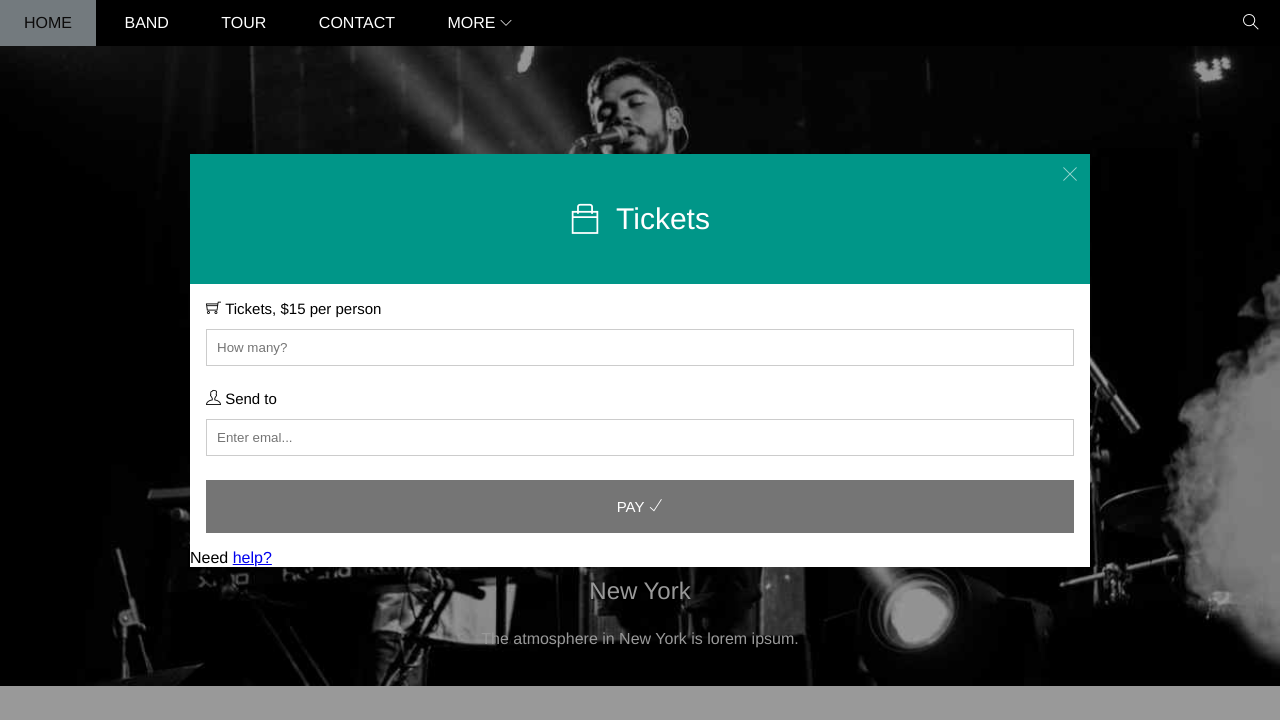
Repository: anhviet-key/hello-cac-ban
Page: HTMS_CSS ZERO 0/index.html
These files come from the project's save history. The page is drawn as it stood at one moment and after a run of saves; the edit follows.
The browser window is 1280 px wide. The pictures show the window.
The pointer rests on the first visible `#buy-tickets`.
A layer covers the whole window, so only the first screen is drawn.

Above is the page before, as saved 2021-10-07 22:37:05.

After the next 3 saves:
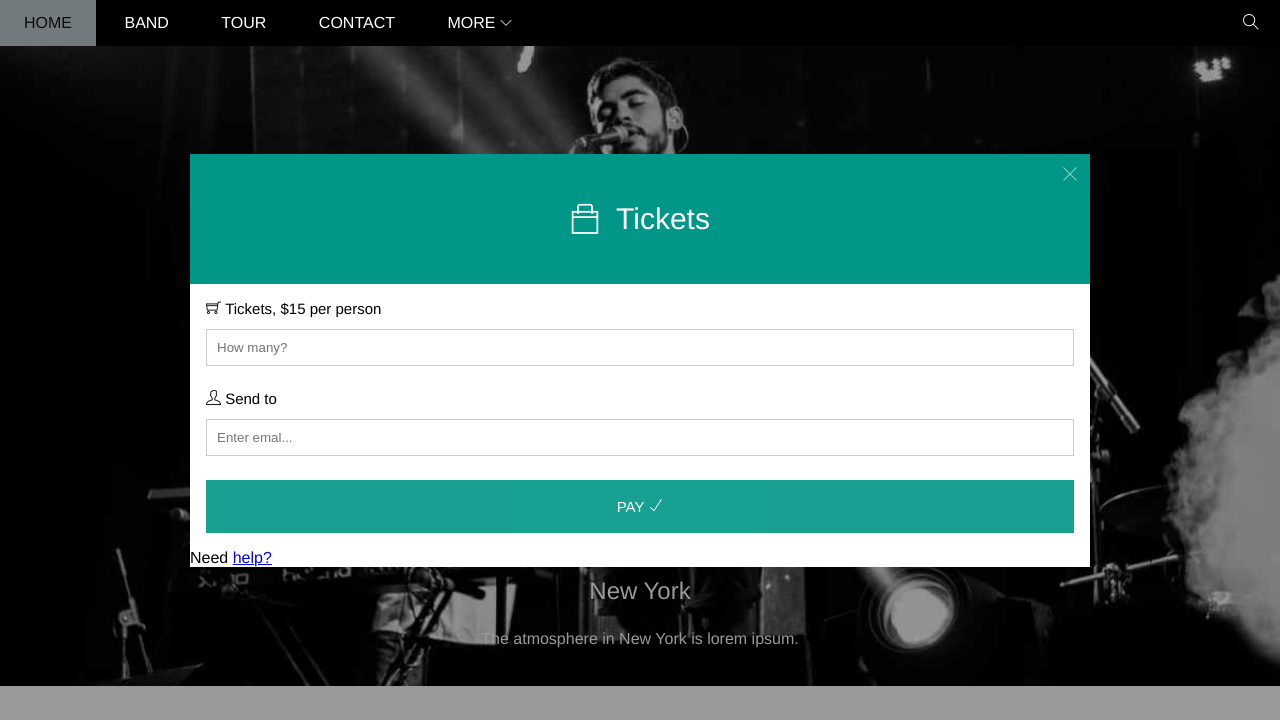
The 3 saves are shown as one change because they came seconds apart.
The last was saved 18 s later.
--- a/HTMS_CSS ZERO 0/assets/css/style.css
+++ b/HTMS_CSS ZERO 0/assets/css/style.css
@@ -340,7 +340,7 @@
 }
 
 #buy-tickets:hover {
-    background-color: #757575;
+    opacity: 0.9;
 }
 
 # #footer
